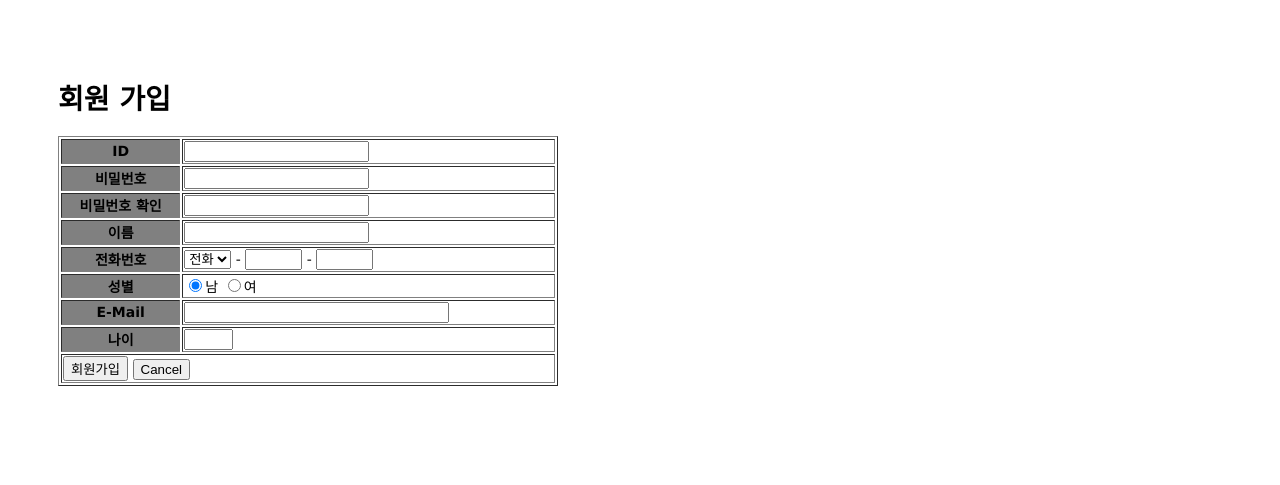
Repository: njir/nodejs
Page: http://localhost/join
The author's editor kept a record of every edit. The page is drawn from the files as they stood at one moment, then again after the next edit.
The browser window is 1280 px wide. The pictures show the whole page.
The page is served by the project's Node server (admin_page/app.js). Other server files are loaded and not shown.

Above is the page before.

### admin_page/views/join.ejs
<!DOCTYPE html>
<html>
<head>
	<meta charset="utf-8">
	<title> <%= title %> </title>
	<link rel='stylesheet' href='/stylesheets/style.css' />
	<style type="text/css">
	table{width: 400;}
	th{background-color: gray;}
	</style>

</head>
<body>
	<h1>회원 가입</h1>
	<form name="frm1" id="frm1" action="/join" method="post">
		<table border="1" width="500">
			<tr>
				<th>ID</th>
				<td><input type="text" name="id" id="id" maxlength="12" size="20"></td>
			</tr>
			<tr>
				<th>비밀번호</th>
				<td><input type="password" name="pw" id="pw" maxlength="12" size="20"></td>
			</tr>
			<tr>
				<th>비밀번호 확인</th>
				<td><input type="password" name="pw2" id="pw2" maxlength="12" size="20"></td>
			</tr>
			<tr>
				<th>이름</th>
				<td><input type="text" name="name" id="name" maxlength="10" size="20"></td>
			</tr>
			<tr>
				<th>전화번호</th>
				<td>
					<input type="hidden" name="tel" id="tel">
					<select name="t1">
						<option value="">전화</option>
						<option value="010">010</option>
						<option value="011">011</option>
						<option value="016">016</option>
						<option value="017">017</option>
						<option value="018">018</option>
						<option value="019">019</option>
					</select>
					-
					<input type="text" name="t2" id="t2" maxlength="4" size="4">
					-
					<input type="text" name="t3" id="t3" maxlength="4" size="4">
				</td>
			</tr>
			<tr>
				<th>성별</th>
				<td><input type="radio" name="sex" checked value="male">남
					<input type="radio" name="sex" value="female">여
				</td>
			</tr>
			<tr>
				<th>E-Mail</th>
				<td><input type="email" name="email" id="email" maxlength="50" size="30">
				</tr>
				<tr>
					<th>나이</th>
					<td><input type="text" name="age" id="age" maxlength="3" size="3"></td>
				</tr>

				<tr>
					<td colspan="2">
						<input type="submit" value="회원가입" onclick="check()">
						<input type="reset" value="Cancel">
					</td>
				</tr>
				</table>
				</form>

			</body>
			</html>

### admin_page/app.js
var express = require('express');
var path = require('path');
var favicon = require('serve-favicon');
var logger = require('morgan');
var cookieParser = require('cookie-parser');
var bodyParser = require('body-parser');

var routes = require('./routes/index');
var users = require('./routes/users');

var app = express();

// view engine setup
app.set('views', path.join(__dirname, 'views'));
app.set('view engine', 'ejs');

// uncomment after placing your favicon in /public
//app.use(favicon(__dirname + '/public/favicon.ico'));
app.use(logger('dev'));
app.use(bodyParser.json());
app.use(bodyParser.urlencoded({
    extended: false
}));
app.use(cookieParser());
app.use(express.static(path.join(__dirname, 'public')));

app.use('/', routes);
app.use('/users', users);

// catch 404 and forward to error handler
app.use(function(req, res, next) {
    var err = new Error('Not Found');
    err.status = 404;
    next(err);
});

// error handlers

// development error handler
// will print stacktrace
if (app.get('env') === 'development') {
    app.use(function(err, req, res, next) {
        res.status(err.status || 500);
        res.render('error', {
            message: err.message,
            error: err
        });
    });
}

// production error handler
// no stacktraces leaked to user
app.use(function(err, req, res, next) {
    res.status(err.status || 500);
    res.render('error', {
        message: err.message,
        error: {}
    });
});

app.set('port', process.env.PORT || 3000);

var server = app.listen(app.get('port'), function() {
    console.log('관리자 서버가 ' + app.get('port') + '에서 실행 중입니다.');

});


module.exports = app;

### admin_page/routes/index.js
var express = require('express');
var router = express.Router();
var db_member = require('../models/db_member');

/* GET home page. */
router.get('/', function(req, res) {
    res.render('index', {
        title: 'Express'
    });
});

router.get('/join', function(req, res) {
    res.render('join', {
        title: '회원가입'
    });
});

router.post('/join', function(req, res) {
    console.log('req.body=', req.body);
    var name = req.body.name;
    var id = req.body.id;
    var pw = req.body.pw;
    var sex = req.body.sex; //male, female
    var email = req.body.email;
    var age = req.body.age;
    var tel = req.body.t1 + req.body.t2 + req.body.t3
    var datas = [id, pw, name, email, sex, age, tel];

    db_member.join(datas, function(success) {
        if (success) {
            res.redirect('/');
        }
        else {
            res.json({
                success: 'fail'
            });
        }
    });
});

module.exports = router;

Loaded but not shown: admin_page/public/stylesheets/style.css (common file)

After the next edit:
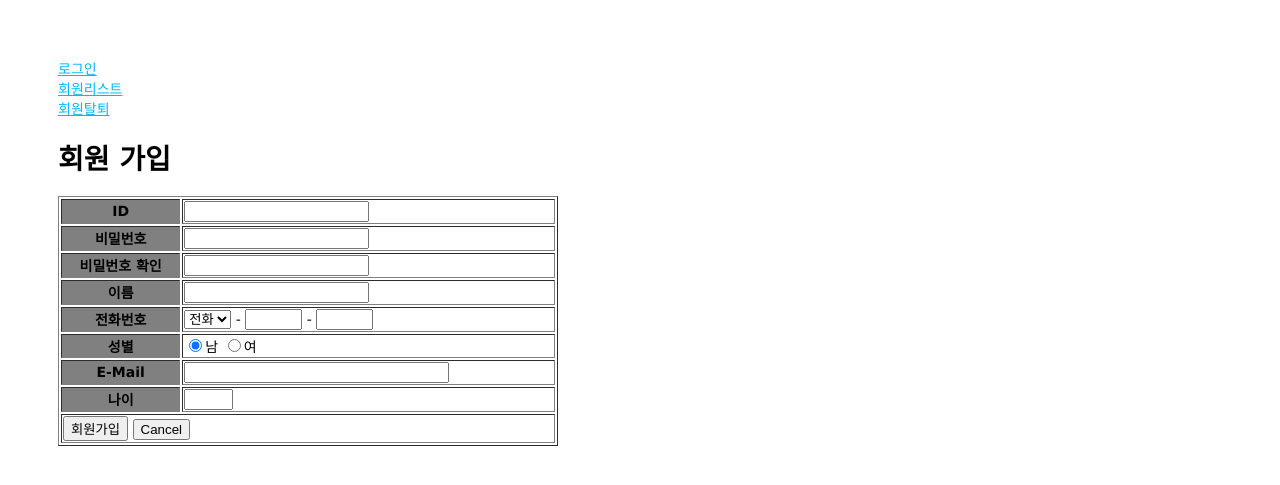
The edit:
--- a/admin_page/views/join.ejs
+++ b/admin_page/views/join.ejs
@@ -11,6 +11,10 @@
 
 </head>
 <body>
+	  <a href="/login">로그인</a><br>
+    <a href="/list">회원리스트</a><br>
+    <a href="/withdrawal">회원탈퇴</a><br>
+
 	<h1>회원 가입</h1>
 	<form name="frm1" id="frm1" action="/join" method="post">
 		<table border="1" width="500">
